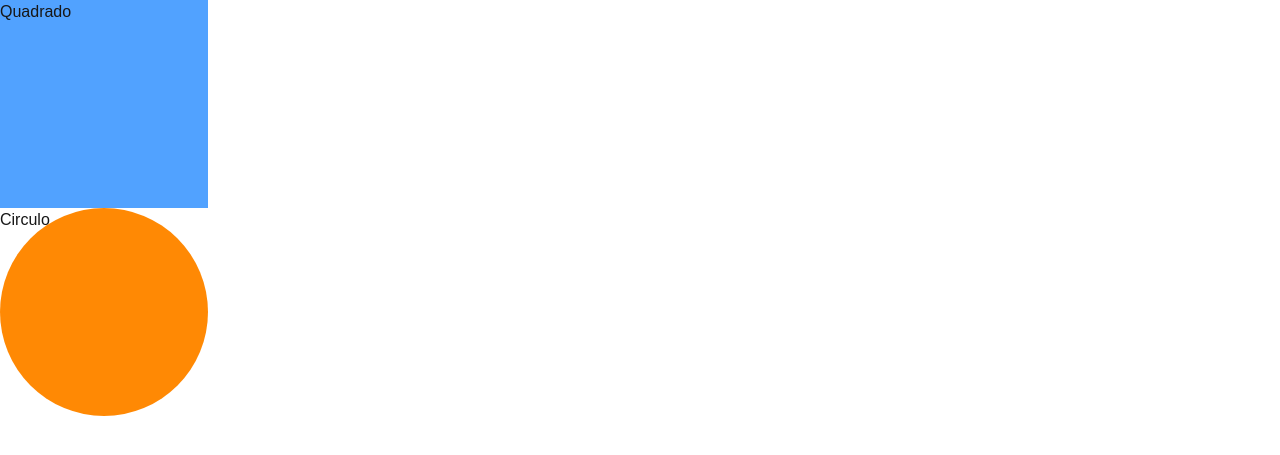
Repository: joao-vitor-ferreira/curso-react
Page: /
The author's editor kept a copy of each file at every save. The page is drawn from the files as they stood at one save, then again after the next save.
The browser window is 1280 px wide. The pictures show the whole page.
The project was rebuilt for these pictures with package versions that can differ from the ones it lists, and the page was loaded fresh each time. The framework's server and built-in components were replaced by stand-ins that run in the browser. Also part of the build but not shown: next.config.ts.

Above is the page before, as saved 2026-02-11 08:41:37.

After the next save:
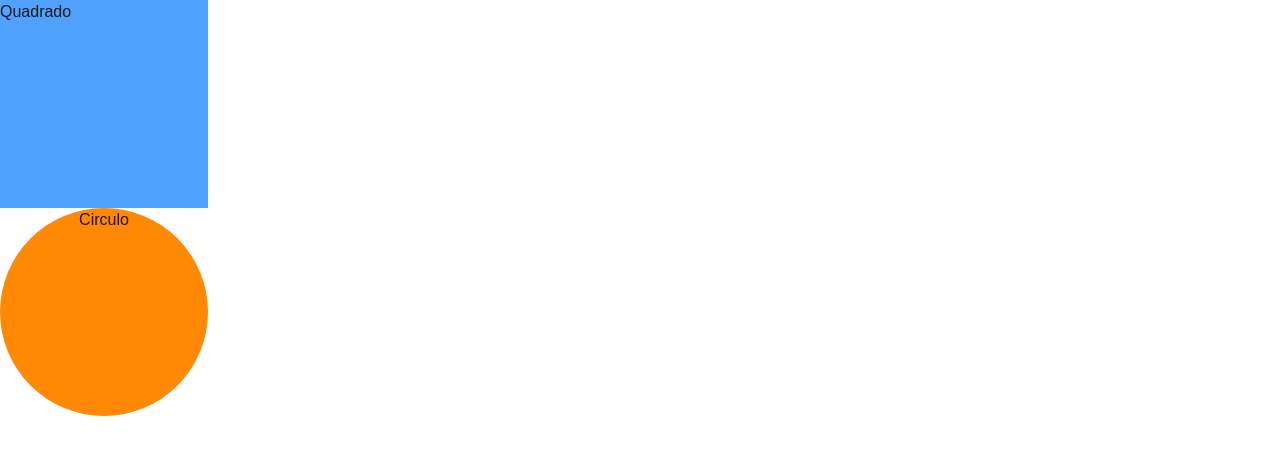
Saved 11 s later.
--- a/src/components/Circle.tsx
+++ b/src/components/Circle.tsx
@@ -1,5 +1,5 @@
 export const Circle = () => {
     return (
-        <div className="w-52 h-52 bg-orange-400 rounded-full">Circulo</div>
+        <div className="w-52 h-52 bg-orange-400 rounded-full text-center">Circulo</div>
     );
 };
